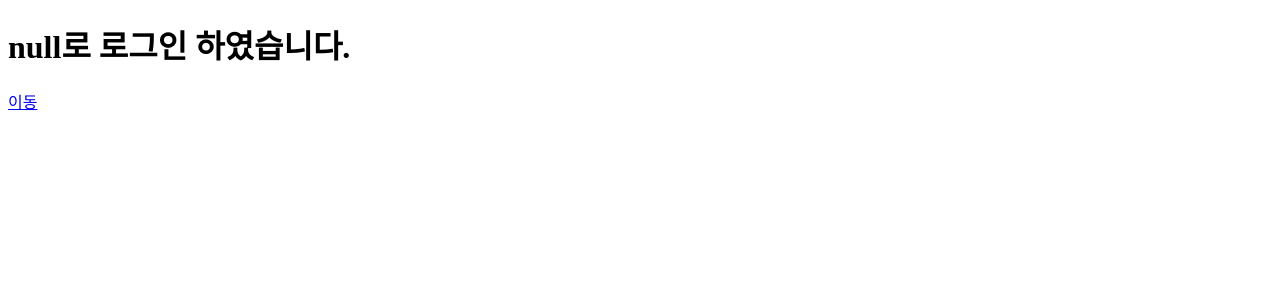
Repository: Yang-Seungjae/JSPservlet
Page: http://localhost/example1/ex8-exam/error.jsp
The author's editor kept a copy of each file at every save. The page is drawn from the files as they stood at one save, then again after the next save.
The browser window is 1280 px wide. The pictures show the whole page.
The page is served by Tomcat 9.

Above is the page before, as saved 2023-05-23 04:04:13.

After the next save:
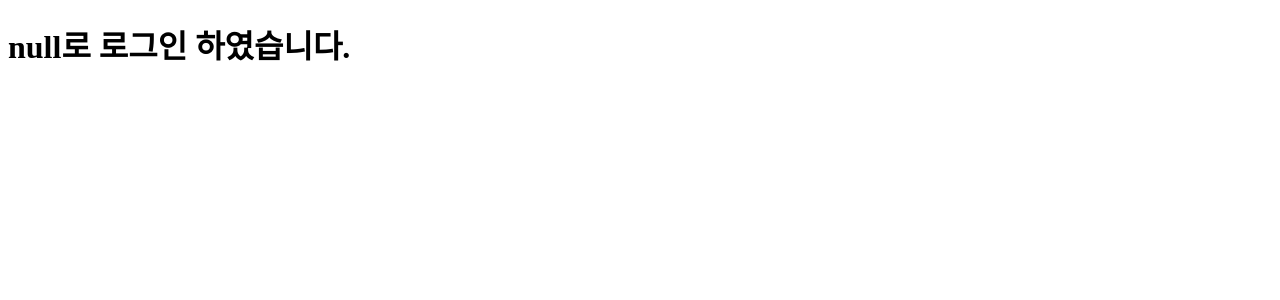
Saved 74 s later.
--- a/example1/src/main/webapp/ex8-exam/error.jsp
+++ b/example1/src/main/webapp/ex8-exam/error.jsp
@@ -14,6 +14,6 @@
 	application.setAttribute("id", id);
 %>
 <h1><%= id %>로 로그인 하였습니다. <br/></h1>
-<a href ="./twopage.jsp">이동</a>
+
 </body>
 </html>
